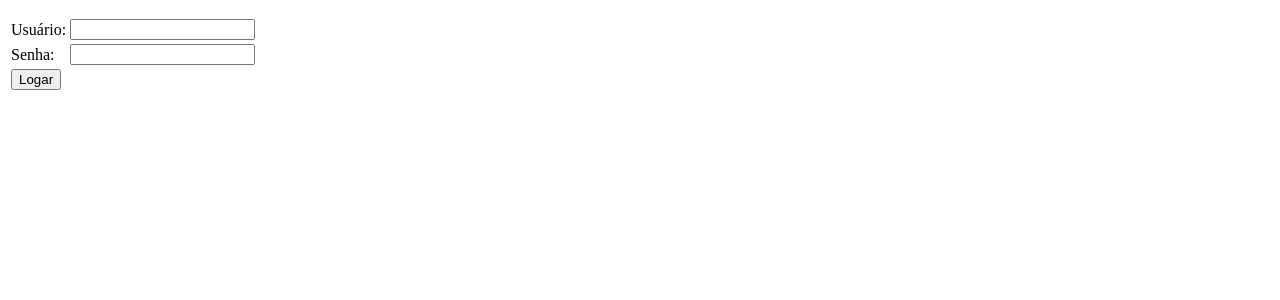
Repository: leonerdy-666/Estudos
Page: http://localhost/SistemaLogin/login.jsp
The author's editor kept a copy of each file at every save. The page is drawn from the files as they stood at one save, then again after the next save.
The browser window is 1280 px wide. The pictures show the whole page.
The page is served by Tomcat 9. Other server files are loaded and not shown.

Above is the page before, as saved 2016-06-02 20:53:59.

### Udemy/java/JavaWeb1/Sistema/Workspace/SistemaLogin/WebContent/login.jsp
<%@ page language="java" contentType="text/html; charset=ISO-8859-1"
    pageEncoding="ISO-8859-1"%>
<!DOCTYPE html PUBLIC "-//W3C//DTD HTML 4.01 Transitional//EN" "http://www.w3.org/TR/html4/loose.dtd">
<html>
<head>
<meta http-equiv="Content-Type" content="text/html; charset=ISO-8859-1">
<title>Sistema Login</title>
</head>
<body>
<form action="login" method="post">
<p align="center">
<table>
<tr>
<td>Usuário: </td><td><input type="text" name="txtUsuario"/> </td>
</tr>
<tr>
<td>Senha: </td><td><input type="text" name="txtSenha"/> </td>
</tr>
<tr>
<td colspan="2"> <input type="submit" value="Logar" </td>
</tr>
</table>
</p>
</form>
</body>
</html>

After the next save:
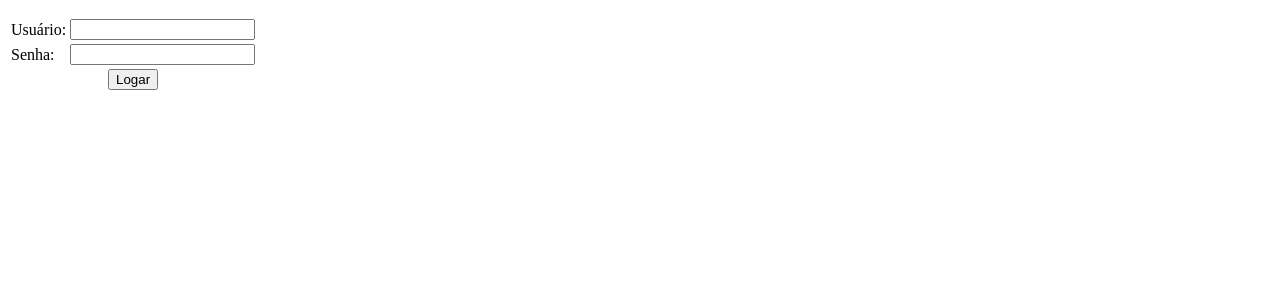
Saved 18 s later.
--- a/Udemy/java/JavaWeb1/Sistema/Workspace/SistemaLogin/WebContent/login.jsp
+++ b/Udemy/java/JavaWeb1/Sistema/Workspace/SistemaLogin/WebContent/login.jsp
@@ -17,7 +17,7 @@
 <td>Senha: </td><td><input type="text" name="txtSenha"/> </td>
 </tr>
 <tr>
-<td colspan="2"> <input type="submit" value="Logar" </td>
+<td colspan="2" align="center"> <input type="submit" value="Logar" </td>
 </tr>
 </table>
 </p>
